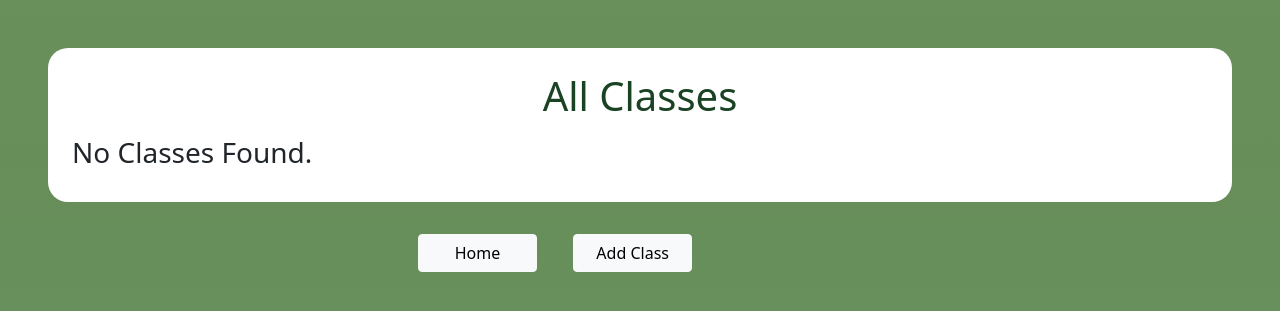
Repository: ronetteguevara/CalTech-ZumbaApp
Page: http://localhost/ZumbaApp/ViewClasses.jsp
The author's editor kept a copy of each file at every save. The page is drawn from the files as they stood at one save, then again after the next save.
The browser window is 1280 px wide. The pictures show the whole page.
The page is served by Tomcat 10. Other server files are loaded and not shown. Queries for data that is not in the repository find no rows.

Above is the page before, as saved 2024-05-03 02:25:20.

### ZumbaApp/ZumbaApp/src/main/webapp/ViewClasses.jsp
<%@ page contentType="text/html;charset=UTF-8" language="java" %>
<%@ page import="java.util.ArrayList, com.zumbaapp.servlet.db.DB, com.zumbaapp.servlet.model.Classes" %>
<html>
<head>
    <title>All Classes</title>
<link rel="stylesheet" href="css/bootstrap.css"></link>
<link rel="stylesheet" href="style.css"></link>
</head>
<body class="gradient-background justify-content-center">

        <div class="my-4 d-flex justify-content-center col-xl-12 col-lg-12 col-md-12 col-sm-12 col-12">
        <div class="container-fluid mt-4 mx-5 px-4 py-4 justify-content-center" style="background-color: white; border-radius: 20px;">
        <h1 class="mb-3" style="text-align: center;">All Classes</h1>

        <%
            DB db = new DB();
            ArrayList<Classes> zumbaClasses = db.fetchAllClasses();
            db.closeConnection();

            if (zumbaClasses != null && zumbaClasses.size() > 0) {
                out.print("<table class='table table-hover'>");
                out.print("<thead>");
                out.print("<tr>");
                out.print("<th scope='col'>ID</th>");
                out.print("<th scope='col'>Name</th>");
                out.print("<th scope='col'>Session</th>");
                out.print("<th scope='col'>Date</th>");
                out.print("<th scope='col'>Start Time</th>");
                out.print("<th scope='col'>End Time</th>");
                out.print("<th scope='col'>Location</th>");
                out.print("<th scope='col'>Actions</th>");
                out.print("</tr>");
                out.print("</thead>");
                out.print("<tbody>");


                for (Classes classes : zumbaClasses) {
                    out.print("<tr>");
                    out.print("<td>" + classes.id + "</td>");
                    out.print("<td>" + classes.name + "</td>");
                    out.print("<td>" + classes.session + "</td>");
                    out.print("<td>" + classes.date + "</td>");
                    out.print("<td>" + classes.startTime + "</td>");
                    out.print("<td>" + classes.endTime + "</td>");
                    out.print("<td>" + classes.location + "</td>");
                    out.print("<td><a href='DeleteClasses?id=" + classes.id + "'>Delete</a> | <a href='EditClass.jsp?id=" + classes.id + "'>Edit</a></td>");
                    out.print("</tr>");
                }
                out.print("</tbody>");
                out.print("</table>");
            } else {
                out.print("<h3>No Classes Found.</h3>");
            }

            out.print("</div>");
            out.print("</div>");
        %>
        <div class="container-fluid center">
		<a class="w-25 btn btn-primary btn-light mt-2 mb-5 mx-3" href="Home.jsp">Home</a>
		<a class="w-25 btn btn-primary btn-light mt-2 mb-5 mx-3" href="add-class.html">Add Class</a>
		</div>
</body>
</html>

### ZumbaApp/ZumbaApp/src/main/java/com/zumbaapp/servlet/db/DB.java
package com.zumbaapp.servlet.db;

import java.sql.Connection;
import java.sql.DriverManager;
import java.sql.PreparedStatement;
import java.sql.ResultSet;
import java.util.ArrayList;

import com.zumbaapp.servlet.model.Classes;
import com.zumbaapp.servlet.model.Participant;

public class DB {

		Connection connection;
		PreparedStatement preparedStatement;

		public DB() {
			try {
				Class.forName("com.mysql.cj.jdbc.Driver");
				System.out.println("[DB] Driver Loaded");

				connection = DriverManager.getConnection("jdbc:mysql://127.0.0.1:3306/zumba_management", "root", "201155876");
				System.out.println("[DB] Connection created");
			}
			catch(Exception e) {
				System.out.println("Something went wrong: " + e);
			}
		}

		public void closeConnection() {
			try {
				connection.close();
				System.out.println("[DB] Connection to DB closed");
			}
			catch(Exception e) {
				System.out.println("Something went wrong: " + e);
			}
		}

		public int addClasses(Classes classes) {
			int result = 0;

			try {
			String sql = "INSERT INTO Classes VALUES (null, ?, ?, ?, ?, ?, ?)";
			preparedStatement = connection.prepareStatement(sql);
			preparedStatement.setString(1, classes.name);
			preparedStatement.setString(2, classes.session);
			preparedStatement.setString(3, classes.date);
			preparedStatement.setString(4, classes.startTime);
			preparedStatement.setString(5, classes.endTime);
			preparedStatement.setString(6, classes.location);

			result = preparedStatement.executeUpdate();

			}
			catch(Exception e) {
				System.out.println("Something went wrong: " + e);
			}
			return result;
		}

		public int addParticipant(Participant participant) {
			int result = 0;

			try {
			String sql = "INSERT INTO Participant VALUES (null, ?, ?, ?, ?, ?)";
			preparedStatement = connection.prepareStatement(sql);
			preparedStatement.setString(1, participant.firstName);
			preparedStatement.setString(2, participant.lastName);
			preparedStatement.setString(3, participant.email);
			preparedStatement.setString(4, participant.phone);
			preparedStatement.setString(5, participant.zumbaClass);

			result = preparedStatement.executeUpdate();

			}
			catch(Exception e) {
				System.out.println("Something went wrong: " + e);
			}
			return result;
		}

		public ArrayList<Classes> fetchAllClasses() {
			ArrayList<Classes> zumbaClasses = new ArrayList<>();
			try {
				String sql = "SELECT * FROM Classes";
				preparedStatement = connection.prepareStatement(sql);

				ResultSet set = preparedStatement.executeQuery();

				while(set.next()) {
					Classes classes = new Classes();
					classes.id = set.getInt(1);
					classes.name = set.getString(2);
					classes.session = set.getString(3);
					classes.date = set.getString(4);
					classes.startTime = set.getString(5);
					classes.endTime = set.getString(6);
					classes.location = set.getString(7);

					zumbaClasses.add(classes);

				}
			}
			catch(Exception e) {
				System.out.println("Something went wrong: " + e);

			}
			return zumbaClasses;
		}

		public ArrayList<Participant> fetchAllParticipants() {
			ArrayList<Participant> zumbaParticipants = new ArrayList<>();
			try {
				String sql = "SELECT * FROM Participant";
				preparedStatement = connection.prepareStatement(sql);

				ResultSet set = preparedStatement.executeQuery();

				while(set.next()) {
					Participant participant = new Participant();
					participant.id = set.getInt(1);
					participant.firstName = set.getString(2);
					participant.lastName = set.getString(3);
					participant.email = set.getString(4);
					participant.phone = set.getString(5);
					participant.zumbaClass = set.getString(6);

					zumbaParticipants.add(participant);
				}
			}
			catch(Exception e) {
				System.out.println("Something went wrong: " + e);

			}
			return zumbaParticipants;
		}

		public int deleteClasses(int id) {
			int result = 0;
			try {
				String sql = "DELETE FROM Classes WHERE id=?";
				preparedStatement = connection.prepareStatement(sql);
				preparedStatement.setInt(1, id);

				preparedStatement.executeUpdate();

				result = preparedStatement.executeUpdate();

			}
			catch(Exception e) {
				System.out.println("Something went wrong: " + e);
			}
			return result;
	}

		public int deleteParticipant(int id) {
			int result = 0;
			try {
				String sql = "DELETE FROM Participant WHERE id=?";
				preparedStatement = connection.prepareStatement(sql);
				preparedStatement.setInt(1, id);

				preparedStatement.executeUpdate();

				result = preparedStatement.executeUpdate();

			}
			catch(Exception e) {
				System.out.println("Something went wrong: " + e);
			}
			return result;
	}

		public Classes fetchClass(int id) {

			Classes classes = new Classes();

			try {
				String sql = "SELECT * FROM Classes WHERE id=?";
				preparedStatement = connection.prepareStatement(sql);
				preparedStatement.setInt(1, id);

				ResultSet set = preparedStatement.executeQuery();

				while(set.next()) {
					classes.id = set.getInt(1);
					classes.name = set.getString(2);
					classes.session = set.getString(3);
					classes.date = set.getString(4);
					classes.startTime = set.getString(5);
					classes.endTime = set.getString(6);
					classes.location = set.getString(7);
				}
			}
			catch(Exception e) {
				System.out.println("Something went wrong: " + e);

			}
			return classes;
		}

		public Participant fetchParticipant(int id) {
			Participant participant = new Participant();
			try {
				String sql = "SELECT * FROM Participant WHERE id=?";
				preparedStatement = connection.prepareStatement(sql);
				preparedStatement.setInt(1, id);

				ResultSet set = preparedStatement.executeQuery();

				while(set.next()) {
					participant.id = set.getInt(1);
					participant.firstName = set.getString(2);
					participant.lastName = set.getString(3);
					participant.email = set.getString(4);
					participant.phone = set.getString(5);
					participant.zumbaClass = set.getString(6);
				}
			}
			catch(Exception e) {
				System.out.println("Something went wrong: " + e);

			}
			return participant;
		}

		public int saveClasses (Classes classes) {
			int result = 0;

			try {
				String sql = "UPDATE Classes SET name = ?, session = ?, date = ?, startTime = ?, endTime = ?, location = ? WHERE id=?";
				preparedStatement = connection.prepareStatement(sql);
				preparedStatement.setString(1, classes.name);
				preparedStatement.setString(2, classes.session);
				preparedStatement.setString(3, classes.date);
				preparedStatement.setString(4, classes.startTime);
				preparedStatement.setString(5, classes.endTime);
				preparedStatement.setString(6, classes.location);
				preparedStatement.setInt(7, classes.id);

				result = preparedStatement.executeUpdate();

			}
			catch(Exception e) {
				System.out.println("Something went wrong: " + e);
			}

			return result;
		}

		public int saveParticipant (Participant participant) {
			int result = 0;

			try {
				String sql = "UPDATE Participant SET firstName = ?, lastName = ?, email = ?, phone = ?, zumbaClass = ? WHERE id=?";
				preparedStatement = connection.prepareStatement(sql);
				preparedStatement.setString(1, participant.firstName);
				preparedStatement.setString(2, participant.lastName);
				preparedStatement.setString(3, participant.email);
				preparedStatement.setString(4, participant.phone);
				preparedStatement.setString(5, participant.zumbaClass);
				preparedStatement.setInt(6, participant.id);

				result = preparedStatement.executeUpdate();

			}
			catch(Exception e) {
				System.out.println("Something went wrong: " + e);
			}

			return result;
		}

}

### ZumbaApp/ZumbaApp/src/main/webapp/style.css
@charset "UTF-8";

.button {
  background-color: #458933;
  border: none;
}

.button:hover {
  background-color: #82c360;
}

a {
  color: #458933;
}

a:hover {
 color: #82c360;
}

a:visited {
  color: #1a4324;
}

h1 {
	color: #1a4324;
}

.center {
  max-width: 500px;
  margin-left: auto;
  margin-right: auto;
}

footer {
	background-color: white;
}

.gradient-background {
  background: linear-gradient(0deg, #74d3ae, #678d58, #a6c48a);
  background-size: 1000% 1000%;

  -webkit-animation: AnimationName 8s ease infinite;
  -moz-animation: AnimationName 8s ease infinite;
  animation: AnimationName 8s ease infinite;
}

@-webkit-keyframes AnimationName {
  0%{background-position:0% 35%}
  50%{background-position:100% 66%}
  100%{background-position:0% 35%}
}
@-moz-keyframes AnimationName {
  0%{background-position:0% 35%}
  50%{background-position:100% 66%}
  100%{background-position:0% 35%}
}
@keyframes AnimationName {
  0%{background-position:0% 35%}
  50%{background-position:100% 66%}
  100%{background-position:0% 35%}

}

Loaded but not shown: ZumbaApp/ZumbaApp/src/main/webapp/css/bootstrap.css (library)

After the next save:
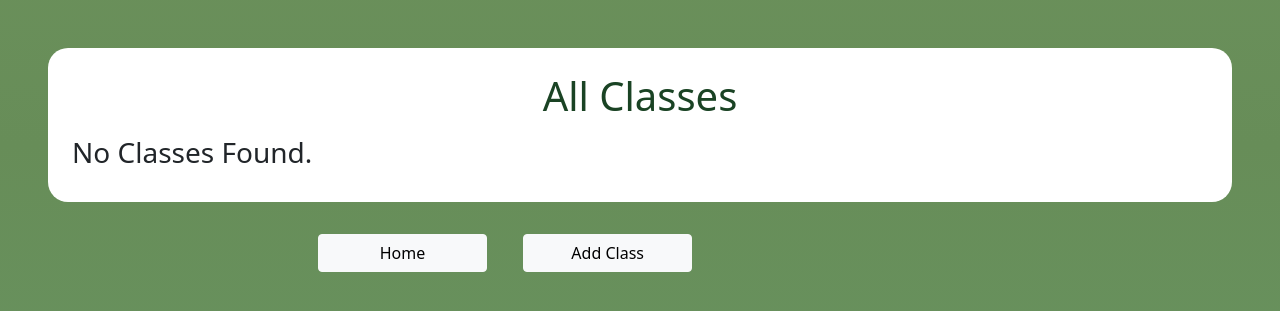
Saved 20 s later.
--- a/ZumbaApp/ZumbaApp/src/main/webapp/style.css
+++ b/ZumbaApp/ZumbaApp/src/main/webapp/style.css
@@ -26,7 +26,7 @@ h1 {
 }
 
 .center {
-  max-width: 500px;
+  max-width: 700px;
   margin-left: auto;
   margin-right: auto;
 }
